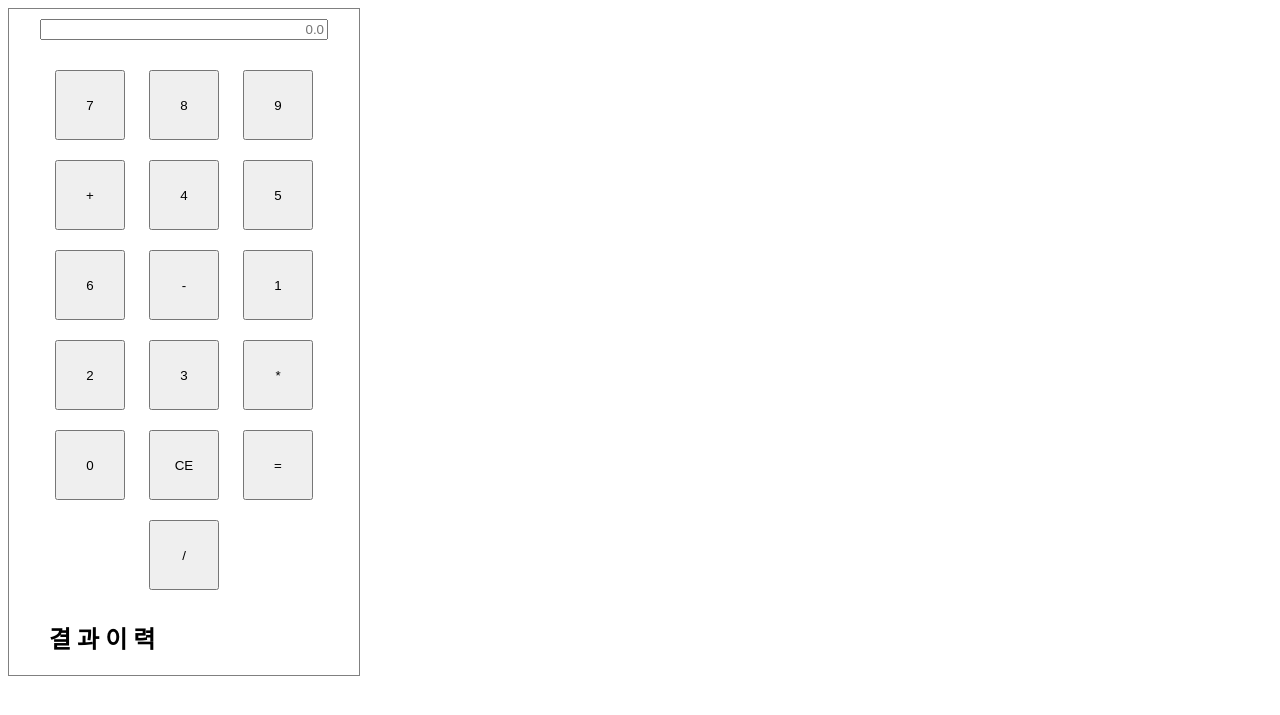
Repository: Migorithm/front_work
Page: front05_JQuery/src/main/webapp/3_event/assignment.html
The author's editor kept a copy of each file at every save. The page is drawn from the files as they stood at one save, then again after the next save.
The browser window is 1280 px wide. The pictures show the whole page.

Above is the page before, as saved 2021-09-03 08:18:22.

### front05_JQuery/src/main/webapp/3_event/assignment.html
<!--
1. 계산 이력 남기기(번호로)
2. 클릭시 boundary 하이라이트.
 -->


<!DOCTYPE html>
<html>
<head>
<meta charset="UTF-8">
<title>Insert title here</title>
<style type="text/css">
		#calc{
			border:1px solid gray;
			width:350px;
			text-align: center;
		}
		#formula{
			text-align: right;
			width:80%;
			margin-top:10px;
			margin-bottom:20px;
		}
		#resultDiv{
			text-align: left;
			margin-left:40px;
		}
		button{
			width:70px;
			height:70px;
			margin:10px;


		}

		button:hover, .highlighter:focus{

			outline:2px solid #95c9ed;
		}

</style>
</head>

<script src="https://ajax.googleapis.com/ajax/libs/jquery/3.6.0/jquery.min.js"></script>
<script>
	const num = ["1","2","3","4","5","6","7","8","9","0"]
	const operator = ["+","-","*","/"]

	$(function(){
		$('button').bind("click",function(){
		$(this).addClass('highlighter');
			if (num.includes($(this).html())){
				var added_num =  $('input[type=text]').val() +$(this).html()
				$('input[type=text]').val(added_num)
			}

			else if (operator.includes($(this).html())){

			var added_num =  $('input[type=text]').val() +$(this).html()

			$('input[type=text]').val(added_num)
			}


			else if ($(this).html() == "CE"){
				$('input[type=text]').val("")
			}
			else {
				var last =$('input[type=text]').val();
				if (operator.includes(last.charAt(last.length-1)) ||
					operator.includes(last.charAt(0))){
					alert("연산할 수 없는 식입니다.")
				}
				else{
				var result = eval($('input[type=text]').val())
				$('#result').append("<li>"+$('input[type=text]').val() +"="+result+"</li>")
				$('input[type=text]').val(result)
			}}


		})


		});
</script>


<body>
	<div id="calc">
		<input type="text" id="formula" value="" placeholder="0.0" readonly/>
		<div id="pad">
			<button >7</button>
			<button >8</button>
			<button >9</button>
			<button >+</button>
			<button >4</button>
			<button >5</button>
			<button >6</button>
			<button >-</button>
			<button >1</button>
			<button >2</button>
			<button >3</button>
			<button >*</button>
			<button >0</button>
			<button >CE</button>
			<button >=</button>
			<button >/</button>
		</div>
		<div id="resultDiv">
			<h2>결 과 이 력</h2>
			<ol id="result"></ol>
		</div>
	</div>
</body>
</html>

After the next save:
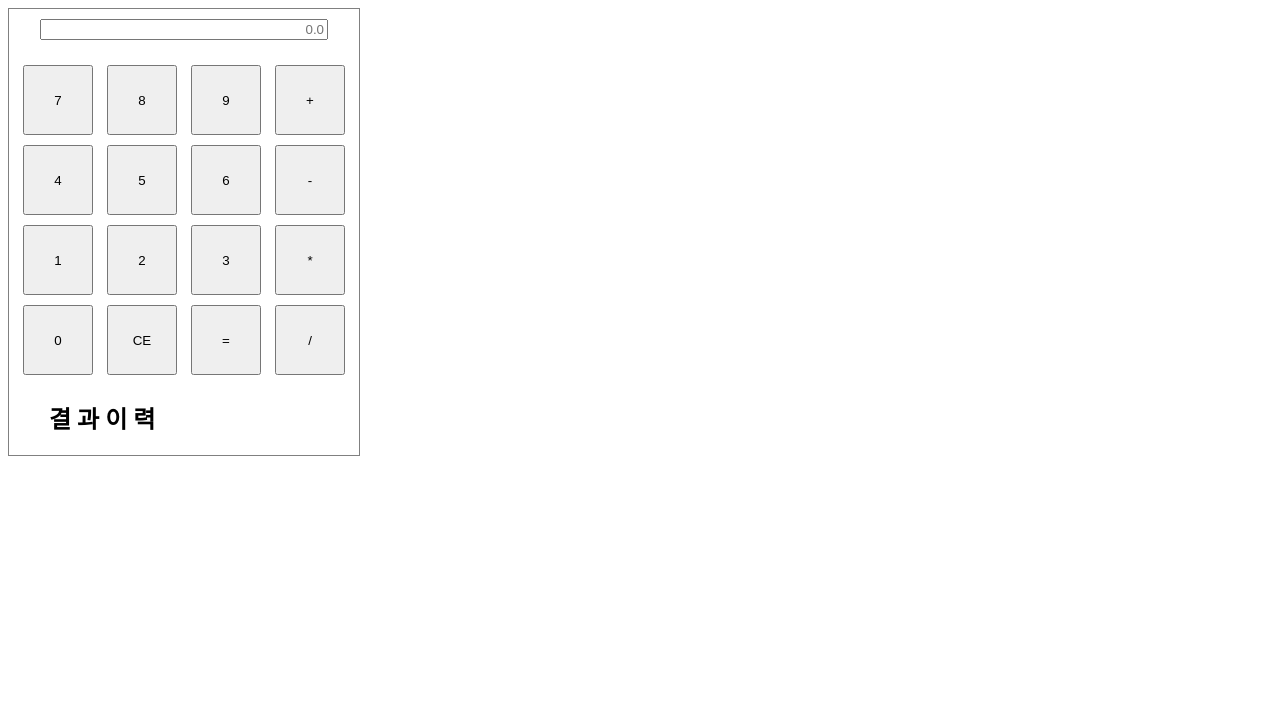
Saved 16 s later.
--- a/front05_JQuery/src/main/webapp/3_event/assignment.html
+++ b/front05_JQuery/src/main/webapp/3_event/assignment.html
@@ -28,7 +28,7 @@
 		button{
 			width:70px;
 			height:70px;
-			margin:10px;
+			margin:5px;
 
 
 		}
